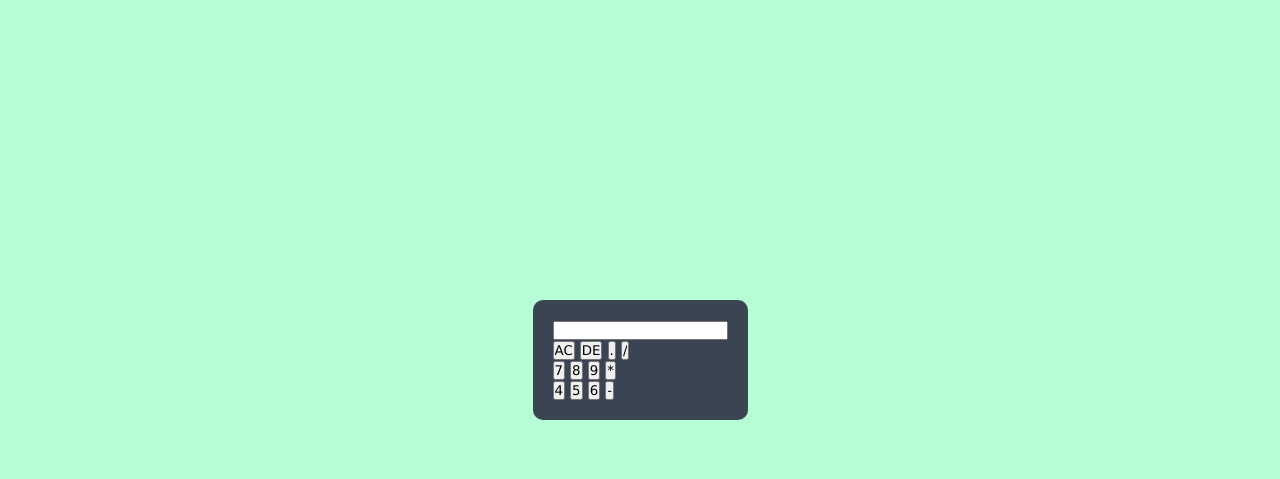
Repository: sirsky89/Simple-Calculator
Page: index.html
These files come from the project's save history. The page is drawn as it stood at one moment and after the next save; the edit follows.
The browser window is 1280 px wide. The pictures show the whole page.

Above is the page before, as saved 2023-01-14 09:37:36.

### index.html
<!DOCTYPE html>
<html lang="en">
  <head>
    <meta charset="UTF-8" />
    <meta http-equiv="X-UA-Compatible" content="IE=edge" />
    <meta name="viewport" content="width=device-width, initial-scale=1.0" />
    <title>Android Calculator</title>
    <link rel="stylesheet" href="style.css" />
  </head>
  <body>
    <section>
      <div class="container">
        <div class="calculator">
          <form>
            <div>
              <input type="text" name="display" />
            </div>
            <div>
              <input type="button" value="AC" />
              <input type="button" value="DE" />
              <input type="button" value="." />
              <input type="button" value="/" />
            </div>
            <div>
              <input type="button" value="7" />
              <input type="button" value="8" />
              <input type="button" value="9" />
              <input type="button" value="*" />
            </div>
            <div>
              <input type="button" value="4" />
              <input type="button" value="5" />
              <input type="button" value="6" />
              <input type="button" value="-" />
            </div>
          </form>
        </div>
      </div>
    </section>
  </body>
</html>

### style.css
* {
  margin: 0;
  padding: 0;
  box-sizing: border-box;
  font-family: Verdana, Geneva, Tahoma, sans-serif;
}

.container {
  width: 100%;
  height: 100vh;
  background-color: #b6fcd5;
  display: flex;
  align-items: center;
  justify-content: center;
}

.calculator {
  background: #3a4452;
  padding: 20px;
  border-radius: 10px;
}

After the next save:
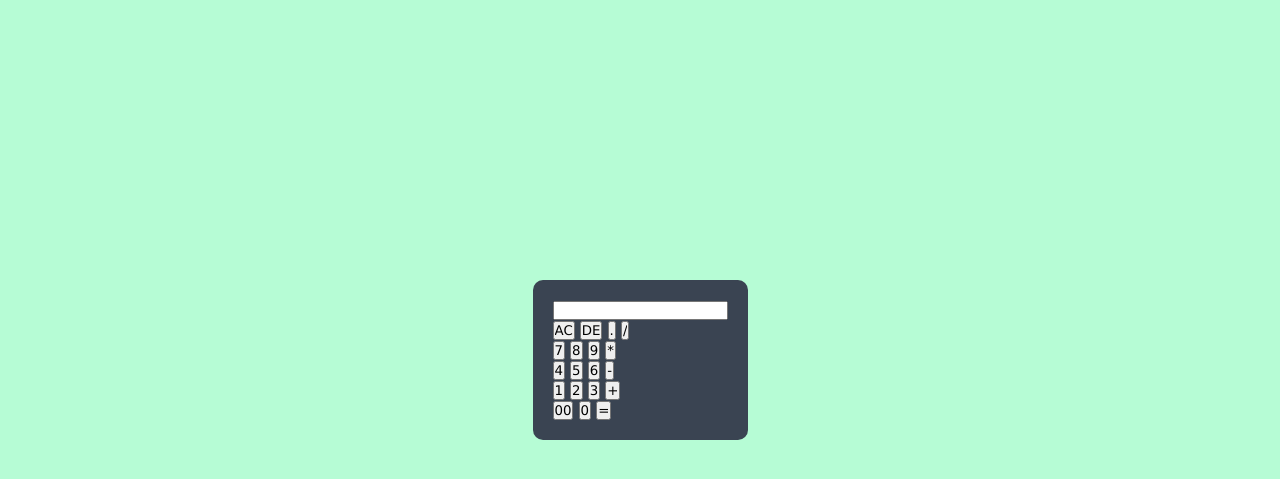
Saved 36 s later.
--- a/index.html
+++ b/index.html
@@ -33,6 +33,17 @@
               <input type="button" value="6" />
               <input type="button" value="-" />
             </div>
+            <div>
+              <input type="button" value="1" />
+              <input type="button" value="2" />
+              <input type="button" value="3" />
+              <input type="button" value="+" />
+            </div>
+            <div>
+              <input type="button" value="00" />
+              <input type="button" value="0" />
+              <input type="button" value="=" />
+            </div>
           </form>
         </div>
       </div>
